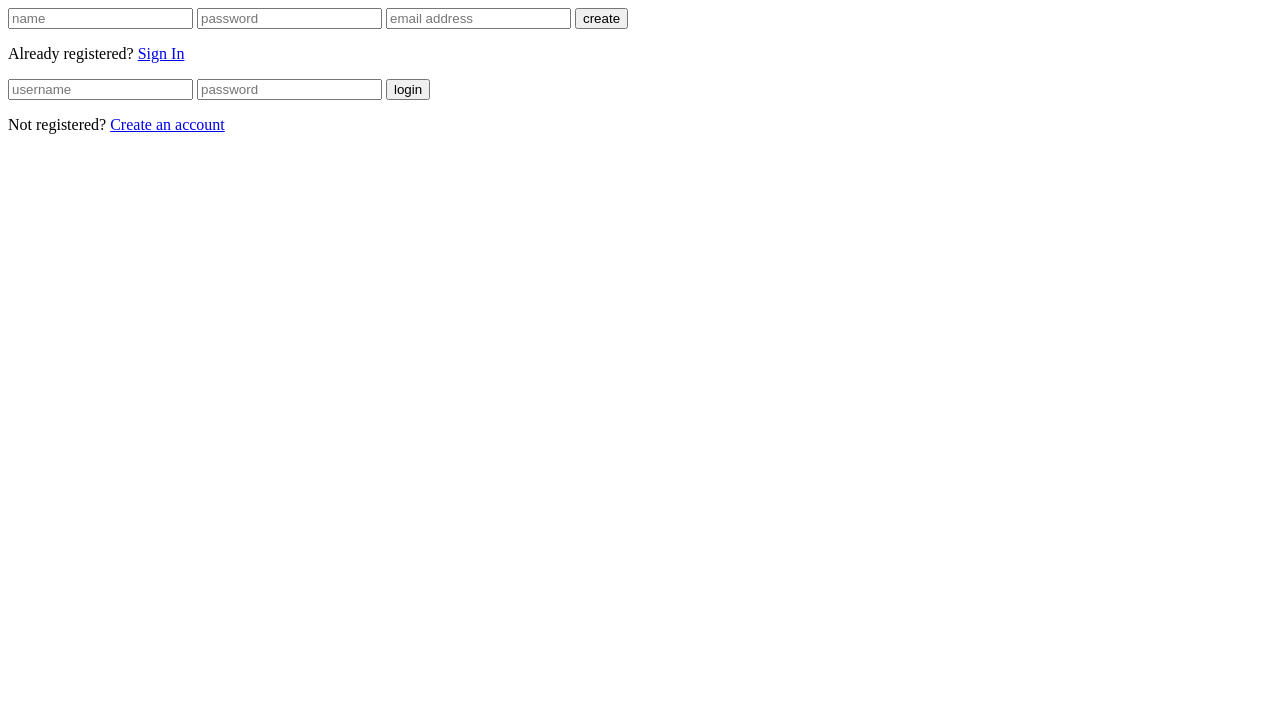
Repository: erengthb/AWS-Java-Servlet-Project
Page: http://localhost/Proje/Homepage.jsp
The author's editor kept a copy of each file at every save. The page is drawn from the files as they stood at one save, then again after the next save.
The browser window is 1280 px wide. The pictures show the whole page.
The page is served by Tomcat 9. Other server files are loaded and not shown.

Above is the page before, as saved 2022-04-17 13:08:15.

### Proje/src/main/webapp/Homepage.jsp
<%@ page language="java" contentType="text/html; charset=ISO-8859-1"
    pageEncoding="ISO-8859-1"%>
<!DOCTYPE html>
<html>
<div class="login-page">
  <div class="form">
    <form class="register-form">
      <input type="text" placeholder="name"/>
      <input type="password" placeholder="password"/>
      <input type="text" placeholder="email address"/>
      <button>create</button>
      <p class="message">Already registered? <a href="#">Sign In</a></p>
    </form>
    <form class="login-form">
      <input type="text" placeholder="username"/>
      <input type="password" placeholder="password"/>
      <button>login</button>
      <p class="message">Not registered? <a href="#">Create an account</a></p>
    </form>
  </div>
</div>
</html>

After the next save:
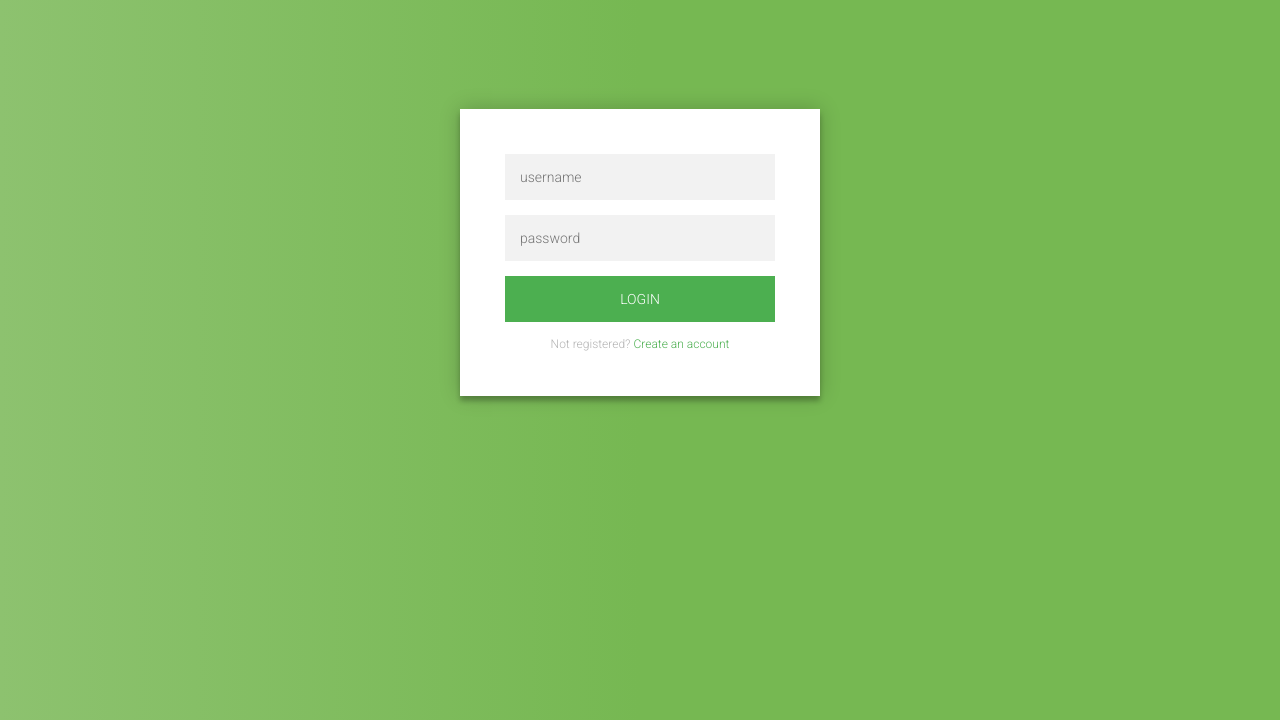
Saved 43 s later.
--- a/Proje/src/main/webapp/Homepage.jsp
+++ b/Proje/src/main/webapp/Homepage.jsp
@@ -1,6 +1,112 @@
 <%@ page language="java" contentType="text/html; charset=ISO-8859-1"
     pageEncoding="ISO-8859-1"%>
 <!DOCTYPE html>
+
+<style>
+
+@import url(https://fonts.googleapis.com/css?family=Roboto:300);
+
+.login-page {
+  width: 360px;
+  padding: 8% 0 0;
+  margin: auto;
+}
+.form {
+  position: relative;
+  z-index: 1;
+  background: #FFFFFF;
+  max-width: 360px;
+  margin: 0 auto 100px;
+  padding: 45px;
+  text-align: center;
+  box-shadow: 0 0 20px 0 rgba(0, 0, 0, 0.2), 0 5px 5px 0 rgba(0, 0, 0, 0.24);
+}
+.form input {
+  font-family: "Roboto", sans-serif;
+  outline: 0;
+  background: #f2f2f2;
+  width: 100%;
+  border: 0;
+  margin: 0 0 15px;
+  padding: 15px;
+  box-sizing: border-box;
+  font-size: 14px;
+}
+.form button {
+  font-family: "Roboto", sans-serif;
+  text-transform: uppercase;
+  outline: 0;
+  background: #4CAF50;
+  width: 100%;
+  border: 0;
+  padding: 15px;
+  color: #FFFFFF;
+  font-size: 14px;
+  -webkit-transition: all 0.3 ease;
+  transition: all 0.3 ease;
+  cursor: pointer;
+}
+.form button:hover,.form button:active,.form button:focus {
+  background: #43A047;
+}
+.form .message {
+  margin: 15px 0 0;
+  color: #b3b3b3;
+  font-size: 12px;
+}
+.form .message a {
+  color: #4CAF50;
+  text-decoration: none;
+}
+.form .register-form {
+  display: none;
+}
+.container {
+  position: relative;
+  z-index: 1;
+  max-width: 300px;
+  margin: 0 auto;
+}
+.container:before, .container:after {
+  content: "";
+  display: block;
+  clear: both;
+}
+.container .info {
+  margin: 50px auto;
+  text-align: center;
+}
+.container .info h1 {
+  margin: 0 0 15px;
+  padding: 0;
+  font-size: 36px;
+  font-weight: 300;
+  color: #1a1a1a;
+}
+.container .info span {
+  color: #4d4d4d;
+  font-size: 12px;
+}
+.container .info span a {
+  color: #000000;
+  text-decoration: none;
+}
+.container .info span .fa {
+  color: #EF3B3A;
+}
+body {
+  background: #76b852; /* fallback for old browsers */
+  background: rgb(141,194,111);
+  background: linear-gradient(90deg, rgba(141,194,111,1) 0%, rgba(118,184,82,1) 50%);
+  font-family: "Roboto", sans-serif;
+  -webkit-font-smoothing: antialiased;
+  -moz-osx-font-smoothing: grayscale;
+}
+
+</style>
+
+
+
 <html>
 <div class="login-page">
   <div class="form">
